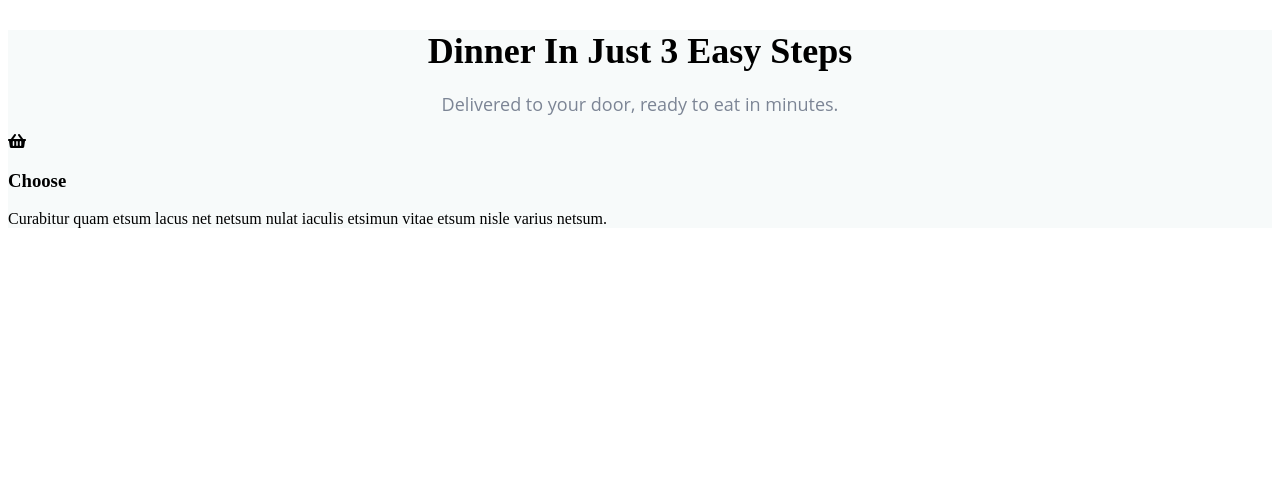
Repository: ST-United-Internship/leadpage
Page: card-UI.html
The author's editor kept a copy of each file at every save. The page is drawn from the files as they stood at one save, then again after the next save.
The browser window is 1280 px wide. The pictures show the whole page.

Above is the page before, as saved 2023-03-15 14:55:31.

After the next save:
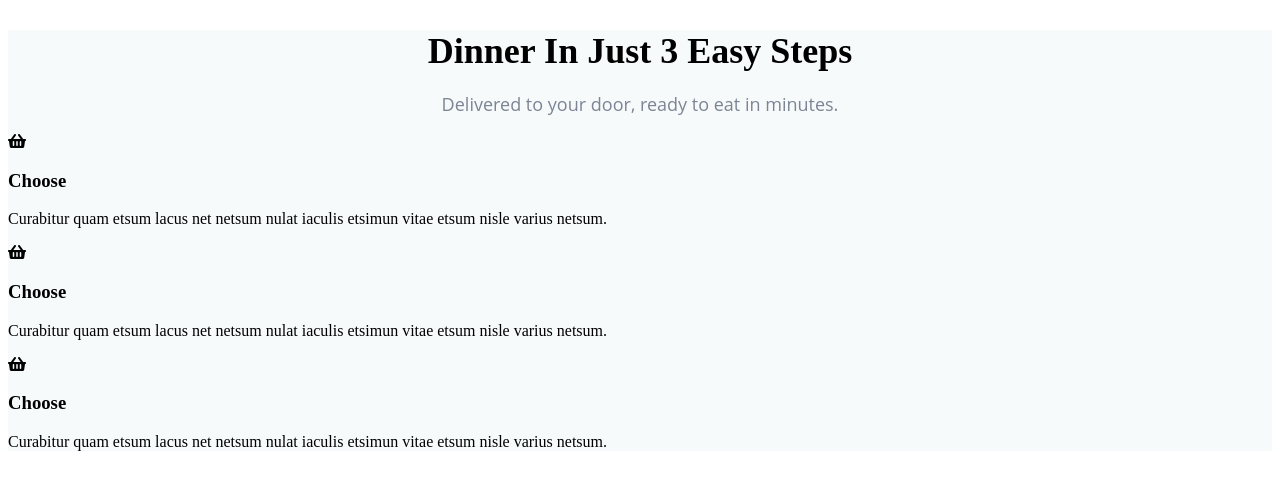
Saved 13 s later.
--- a/card-UI.html
+++ b/card-UI.html
@@ -29,6 +29,16 @@
                             <h3>Choose</h3>
                             <p>Curabitur quam etsum lacus net netsum nulat iaculis etsimun vitae etsum nisle varius netsum.</p>
                         </div>
+                        <div class="title-card">
+                            <i class="fas fa-shopping-basket"></i>
+                            <h3>Choose</h3>
+                            <p>Curabitur quam etsum lacus net netsum nulat iaculis etsimun vitae etsum nisle varius netsum.</p>
+                        </div>
+                        <div class="title-card">
+                            <i class="fas fa-shopping-basket"></i>
+                            <h3>Choose</h3>
+                            <p>Curabitur quam etsum lacus net netsum nulat iaculis etsimun vitae etsum nisle varius netsum.</p>
+                        </div>
                     </div>
                 </div>
             </div>
